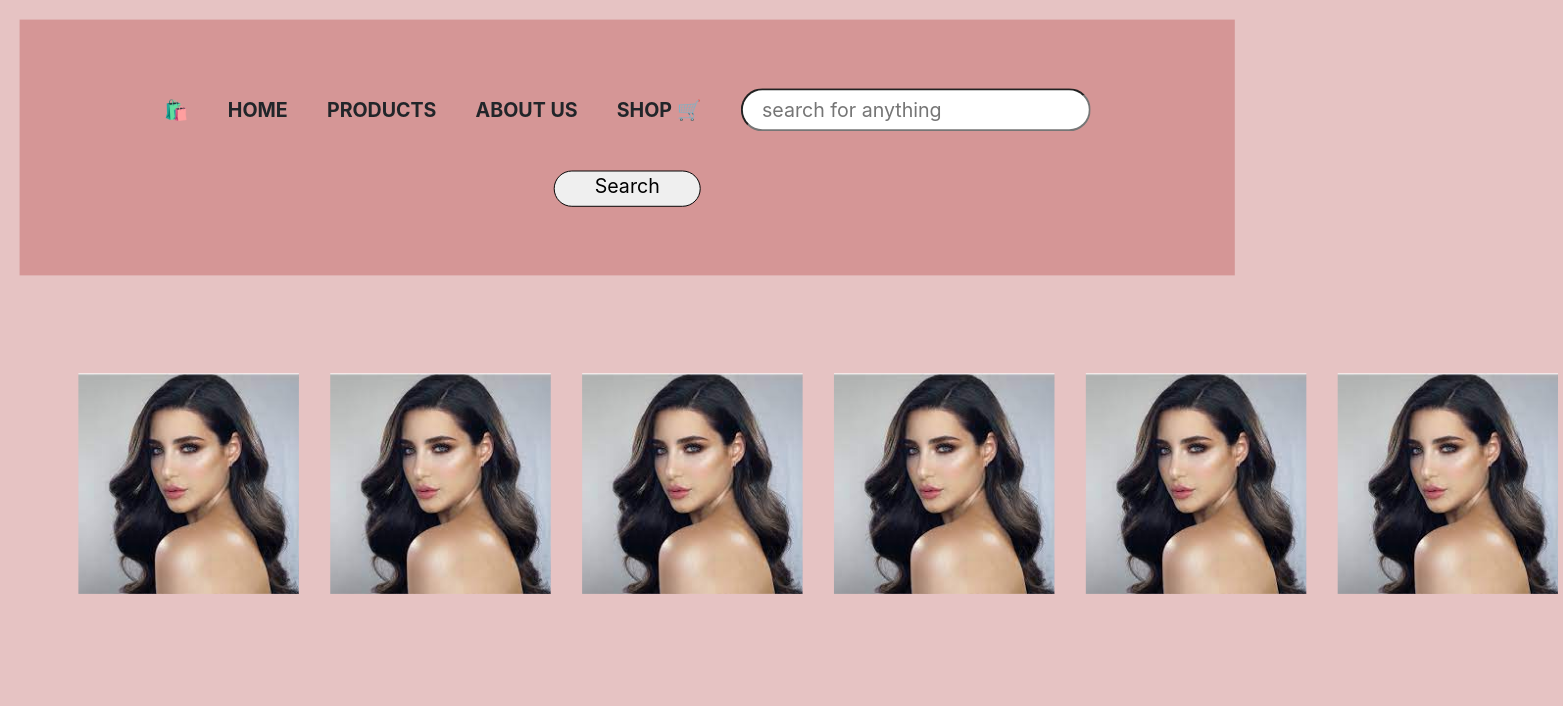
Repository: thf4/Project-Shop
Page: /
An editor plug-in stored every save of this project. The page is shown before and after the next save, followed by the edit.
The browser window is 1280 px wide. The page is 1590 px wide, then 1595 px, so the pictures cover 1595 px, including what lies to the right of the window. The pictures show the whole page, at 98% of full size.
The project was rebuilt for these pictures with package versions that can differ from the ones it lists, and the page was loaded fresh each time.

Above is the page before, as saved 2021-04-22 15:15:16.

After the next save:
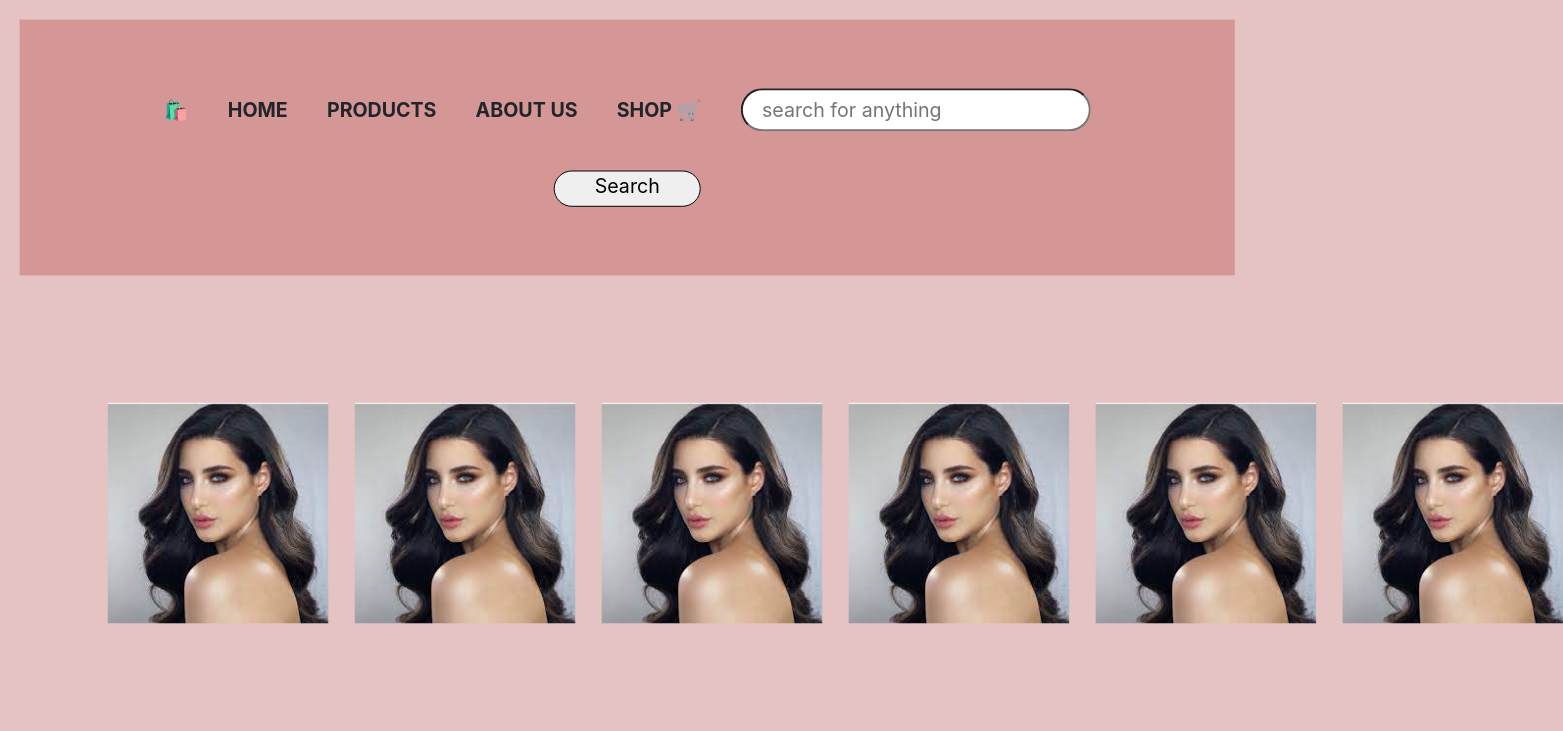
Saved 23 s later.
--- a/src/Exemplo.js
+++ b/src/Exemplo.js
@@ -19,7 +19,7 @@ function Exemplo() {
 
  const Foto = () =>{
   return(
-    <article>
+    <article className="foto-banner">
      <img src="data:[embedded picture, 8015 characters]"
   alt=""/>
     </article>
